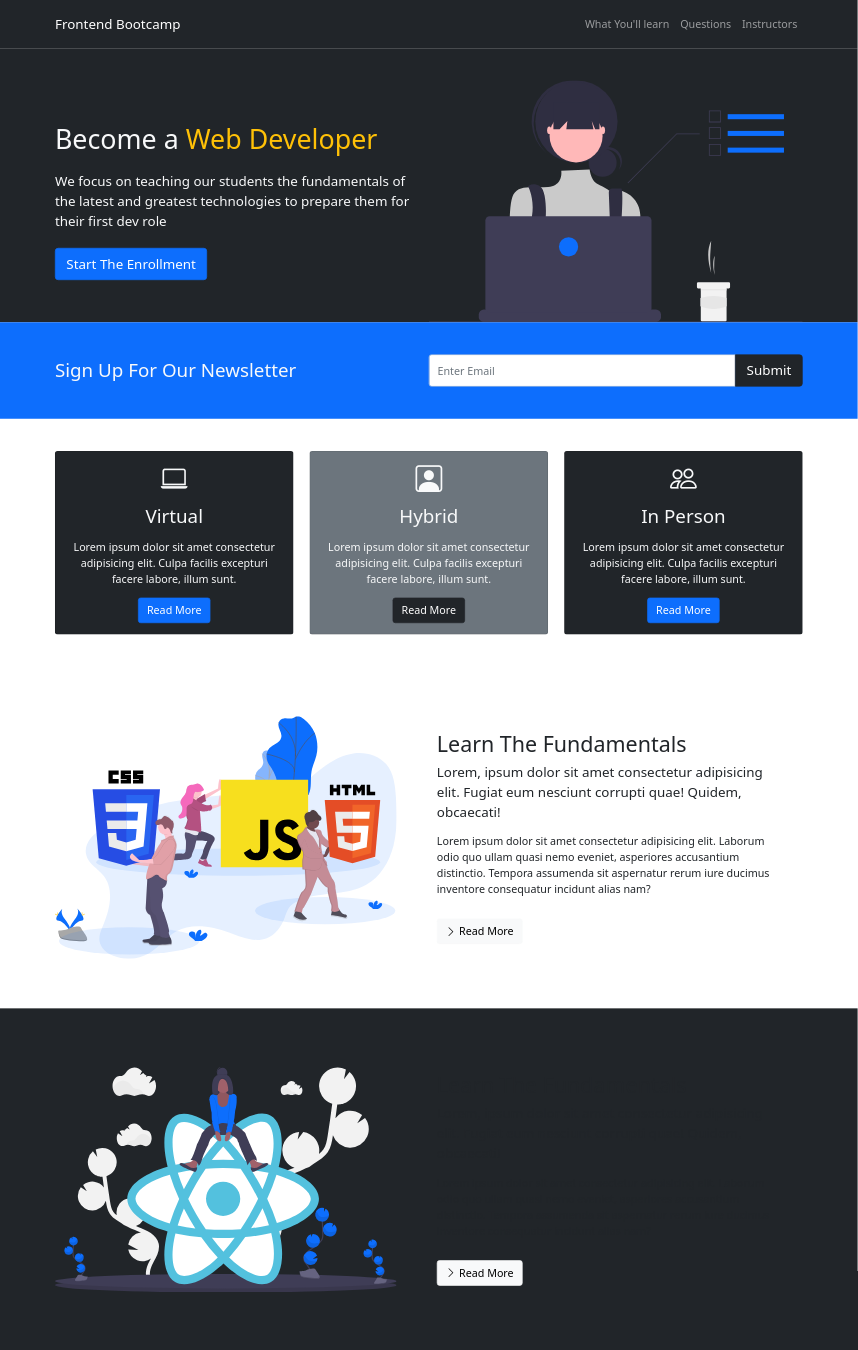
Repository: Marhamat92/Bootstrap5-Responsive-Website-
Page: index.html
An editor plug-in stored every save of this project. The page is shown before and after the next save, followed by the edit.
The browser window is 1280 px wide. The pictures show the whole page, at 67% of full size.
Some web libraries are served in a nearby version.

Above is the page before, as saved 2021-09-18 17:46:31.

### index.html
<!DOCTYPE html>
<html lang="en">

<head>
    <meta charset="UTF-8">
    <meta http-equiv="X-UA-Compatible" content="IE=edge">
    <meta name="viewport" content="width=device-width, initial-scale=1.0">
    <link href="https://cdn.jsdelivr.net/npm/bootstrap@5.0.2/dist/css/bootstrap.min.css" rel="stylesheet"
        integrity="sha384-EVSTQN3/azprG1Anm3QDgpJLIm9Nao0Yz1ztcQTwFspd3yD65VohhpuuCOmLASjC" crossorigin="anonymous">
    <link rel="stylesheet" href="https://cdn.jsdelivr.net/npm/bootstrap-icons@1.3.0/font/bootstrap-icons.css">
    <link rel="stylesheet" href="style.css">
    <title>Frontend Bootcamp</title>

</head>

<body>
    <!--Navbar-->
    <nav class="navbar navbar-expand-lg bg-dark navbar-dark py-3">
        <div class="container">
            <a href="#" class="navbar-brand">Frontend Bootcamp</a>
            <button class="navbar-toggler" type="button" data-bs-toggle="collapse" data-bs-target="#navmenu">
                <span class="navbar-toggler-icon"></span>
            </button>
            <div class="collapse navbar-collapse" id="navmenu">
                <ul class="navbar-nav ms-auto">
                    <li class="nav-item">
                        <a href="#learn" class="nav-link">What You'll learn</a>
                    </li>
                    <li class="nav-item">
                        <a href="#questions" class="nav-link">Questions</a>
                    </li>
                    <li class="nav-item">
                        <a href="#instructors" class="nav-link">Instructors</a>
                    </li>
                </ul>
            </div>
        </div>
    </nav>

    <!--Showcase-->

    <section class="bg-dark text-light p-5 p-lg-0 pt-lg-5 text-center text-sm-start">
        <div class="container">
            <div class="d-sm-flex align-items-center justify-content-between">
                <div>
                    <h1>Become a <span class="text-warning">Web Developer</span> </h1>
                    <p class="lead my-4">We focus on teaching our students the fundamentals of the latest and
                        greatest technologies to prepare them for their first dev role
                    </p>
                    <button class="btn btn-primary btn-lg">Start The Enrollment</button>
                </div>
                <img class="img-fluid w-50 d-none d-sm-block" src="img/showcase.svg" alt="showcase">
            </div>
        </div>
    </section>


    <!--Newsletter-->
    <section class=" bg-primary text-light p-5">
        <div class="container">
            <div class="d-md-flex justify-content-between align-items-center">
                <h3 class="mb-3 mb-md-0">Sign Up For Our Newsletter</h3>
                <div class="input-group news-input">
                    <input type="text" class="form-control" placeholder="Enter Email">
                    <button class="btn btn-dark btn-lg" type="button">Submit</button>
                </div>

            </div>
        </div>
    </section>

    <!--Boxes-->
    <section class="p-5">
        <div class="container">
            <div class="row text-center g-4">
                <div class="col-md">
                    <div class="card bg-dark text-light">
                        <div class="card-body text-center">
                            <div class="h1 mb-3"><i class="bi bi-laptop"></i>
                            </div>
                            <h3 class="title mb-3">Virtual</h3>
                            <p class="card-text">
                                Lorem ipsum dolor sit amet consectetur adipisicing elit. Culpa facilis excepturi facere
                                labore, illum sunt.
                            </p>
                            <a href="#" class="btn btn-primary">Read More</a>
                        </div>
                    </div>
                </div>
                <div class="col-md">
                    <div class="card bg-secondary text-light">
                        <div class="card-body text-center">
                            <div class="h1 mb-3"><i class="bi bi-person-square"></i>
                            </div>
                            <h3 class="title mb-3">Hybrid</h3>
                            <p class="card-text">
                                Lorem ipsum dolor sit amet consectetur adipisicing elit. Culpa facilis excepturi facere
                                labore, illum sunt.
                            </p>
                            <a href="#" class="btn btn-dark">Read More</a>
                        </div>
                    </div>
                </div>
                <div class="col-md">
                    <div class="card bg-dark text-light">
                        <div class="card-body text-center">
                            <div class="h1 mb-3"><i class="bi bi-people"></i>
                            </div>
                            <h3 class="title mb-3">In Person</h3>
                            <p class="card-text">
                                Lorem ipsum dolor sit amet consectetur adipisicing elit. Culpa facilis excepturi facere
                                labore, illum sunt.
                            </p>
                            <a href="#" class="btn btn-primary">Read More</a>
                        </div>
                    </div>
                </div>
            </div>
        </div>
    </section>

    <!--Learn Sections-->
    <section id="learn" class="p-5">
        <div class="container">
            <div class="row align-items-center justify-content-between">
                <div class="col-md">
                    <img src="img/fundamentals.svg" class="img-fluid" alt="">
                </div>
                <div class="col-md p-5">
                    <h2>Learn The Fundamentals</h2>
                    <p class="lead">
                        Lorem, ipsum dolor sit amet consectetur adipisicing elit. Fugiat eum nesciunt corrupti quae!
                        Quidem, obcaecati!
                    </p>
                    <p>Lorem ipsum dolor sit amet consectetur adipisicing elit. Laborum odio quo ullam quasi nemo eveniet, asperiores accusantium distinctio. Tempora assumenda sit aspernatur rerum iure ducimus inventore consequatur incidunt alias nam?</p>
                    <a href="#" class="btn btn-light mt-3"><i class="bi bi-chevron-right"></i> Read More</a>
                </div>
            </div>
        </div>
    </section>



    <section id="learn" class="p-5 bg-dark">
        <div class="container">
            <div class="row align-items-center justify-content-between">
                <div class="col-md">
                    <img src="img/react.svg" class="img-fluid" alt="">
                </div>
                <div class="col-md p-5">
                    <h2>Learn The Fundamentals</h2>
                    <p class="lead">
                        Lorem, ipsum dolor sit amet consectetur adipisicing elit. Fugiat eum nesciunt corrupti quae!
                        Quidem, obcaecati!
                    </p>
                    <p>Lorem ipsum dolor sit amet consectetur adipisicing elit. Laborum odio quo ullam quasi nemo eveniet, asperiores accusantium distinctio. Tempora assumenda sit aspernatur rerum iure ducimus inventore consequatur incidunt alias nam?</p>
                    <a href="#" class="btn btn-light mt-3"><i class="bi bi-chevron-right"></i> Read More</a>
                </div>
            </div>
        </div>
    </section>


















    <script src="https://cdn.jsdelivr.net/npm/bootstrap@5.0.2/dist/js/bootstrap.bundle.min.js"
        integrity="sha384-MrcW6ZMFYlzcLA8Nl+NtUVF0sA7MsXsP1UyJoMp4YLEuNSfAP+JcXn/tWtIaxVXM" crossorigin="anonymous">
    </script>
</body>

</html>

### style.css
@media (min-width:768px) {
    .news-input{
        width:50%;
    }
}

After the next save:
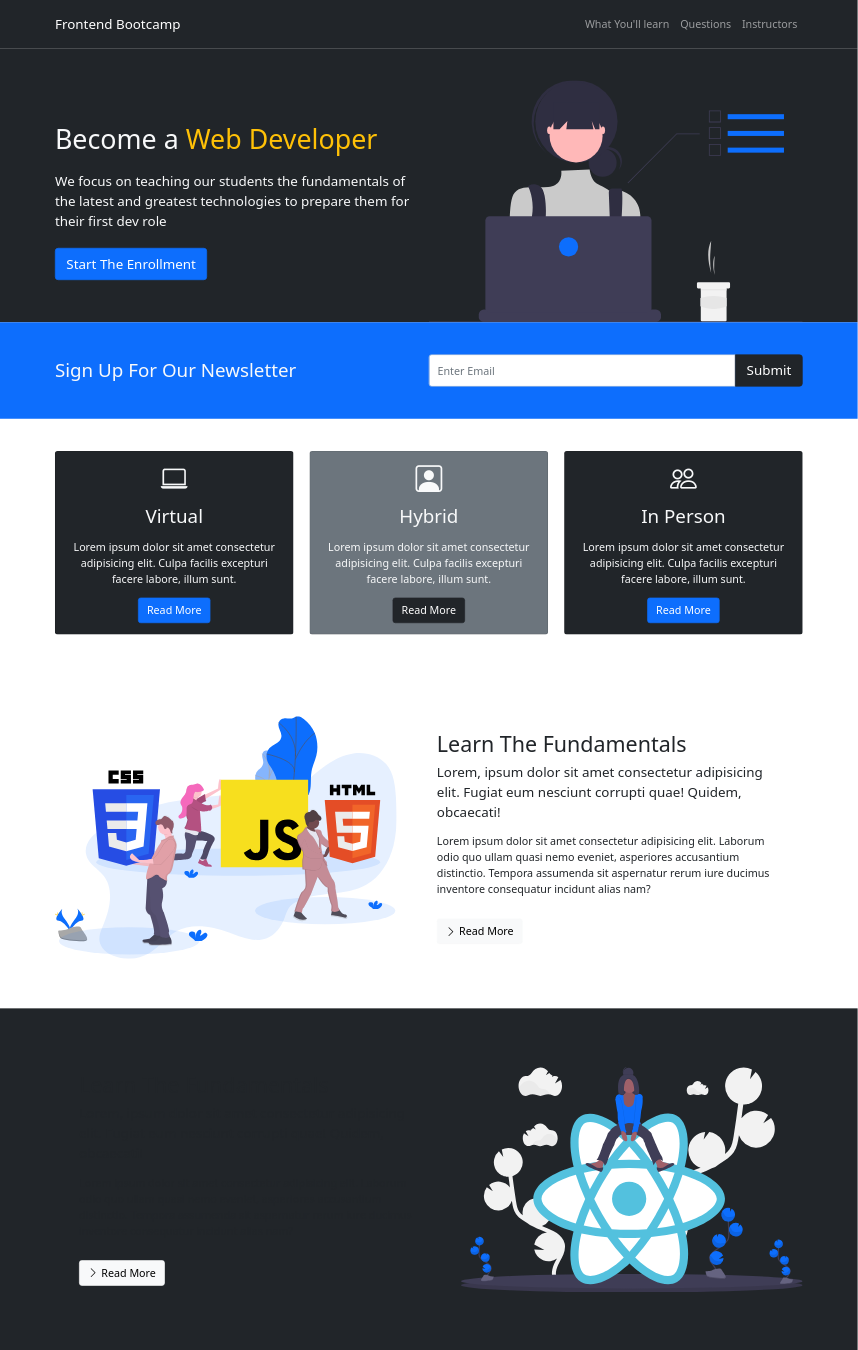
Saved 47 s later.
--- a/index.html
+++ b/index.html
@@ -144,9 +144,6 @@
     <section id="learn" class="p-5 bg-dark">
         <div class="container">
             <div class="row align-items-center justify-content-between">
-                <div class="col-md">
-                    <img src="img/react.svg" class="img-fluid" alt="">
-                </div>
                 <div class="col-md p-5">
                     <h2>Learn The Fundamentals</h2>
                     <p class="lead">
@@ -155,6 +152,9 @@
                     </p>
                     <p>Lorem ipsum dolor sit amet consectetur adipisicing elit. Laborum odio quo ullam quasi nemo eveniet, asperiores accusantium distinctio. Tempora assumenda sit aspernatur rerum iure ducimus inventore consequatur incidunt alias nam?</p>
                     <a href="#" class="btn btn-light mt-3"><i class="bi bi-chevron-right"></i> Read More</a>
+                </div>
+                <div class="col-md">
+                    <img src="img/react.svg" class="img-fluid" alt="">
                 </div>
             </div>
         </div>
